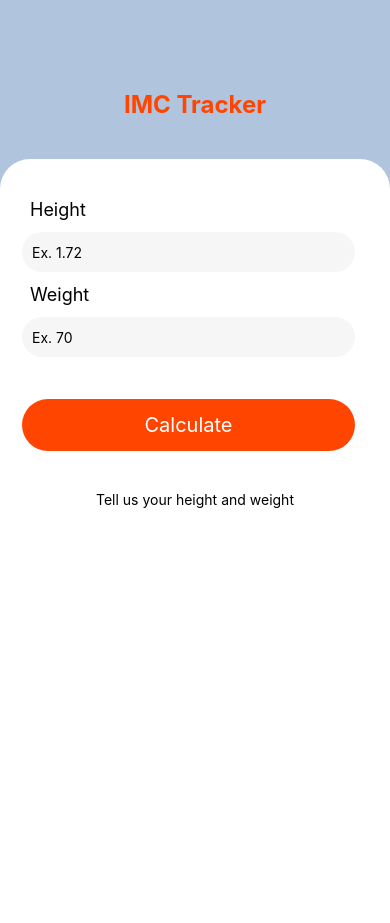
Repository: rubenmatias08/IMCTracker
Screen: /
The author's editor kept a copy of each file at every save. The screen is drawn from the files as they stood at one save, then again after the next save.
The app was drawn by React Native's web renderer in a window 390 px wide. The project was rebuilt for these pictures with package versions that can differ from the ones it lists, and the page was loaded fresh each time.

Above is the screen before, as saved 2024-03-11 00:21:47.

### App.js
import { StyleSheet, View } from 'react-native';
import Title from './src/components/Title';
import Form from './src/components/Form/index'

export default function App() {
  return (
    <View style={styles.container}>
      <Title/>
      <Form />
    </View>
  );
}

const styles = StyleSheet.create({
  container: {
    flex: 1,
    backgroundColor: '#B0C4DE',
    paddingTop: 80,

  },
});



/*
   alignItems: 'center',
    justifyContent: 'center',

*/

### src/components/Title/index.js
import React from "react";
import { View,Text } from "react-native"; //Componentes
import styles from "./style";

export default function Title(){
    return(
        <View style={styles.boxTitle}>
            <Text style={styles.textTitle}>IMC Tracker</Text>
        </View>
    )
}

//Para aplicar a estilização colocamos: style={nomedoficheiroimportado.propriedadeJSON}

### src/components/Form/index.js
import React , {useState} from "react";
import { TextInput, View, Text, TouchableOpacity} from "react-native";
import ResultIMC from "./ResultIMC";
import styles from "./style";


export default function Form(){

    const [height, setHeight] = useState(null); // Altura
    const [weight, setWeight] = useState(null); // Peso
    const [messageIMC, setmessageIMC] = useState("Tell us your height and weight"); // Mensagem que contem o resultado
    const [imc,setIMC] = useState(null); // valor do IMC
    const [textButton, setTextButton] = useState("Calculate"); //

    //Calcular o imc é altura x altura a dividir por peso
    //E vamos querer que nos retorne o resultado (toFixed) que é para vir com 2 casas decimais apenas.
    function CalculatorIMC(){
        return setIMC((weight / (height * height)).toFixed(2))
    }

    //Caso os valores tiverem sido preenchidos ele valida, caso contrário temos de avisar o usuário para preencher os dados de altura e peso.
    //Aqui com a condição é: Caso os valores de height e weight sejam diferentes de null, ou seja, estão preenchidos... Chama a função CalculatorIMC() que fará o calculo que depois nos dá o resultado.
    function ValidationIMC(){
        if(height != null && weight != null){
            CalculatorIMC() //Função do calculo
            setHeight(null) //Reset de height para que se faça depois um novo calculo
            setWeight(null) //Reset de weight para que se faça depois um novo calculo
            setmessageIMC("Your IMC is:") //Mensagem para apresentar o resultado
            setTextButton("Calculate again") //Botão com mensagem
            return //Depois de tudo isto... Retorna-nos.
        }
        setIMC(null) //caso o peso e altura sejam nulos, colocamos o imc como nulo também para que não haja resposta de possiveis calculos anteriores
        setTextButton("Calculate") //Para voltar a apresentar o texto original
        setmessageIMC("Tell us your height and weight") //Para voltar a apresentar o texto original

    }


    return(
        <View style={styles.formContent}>
            <View style={styles.form}>
                <Text style={styles.formLabel}>Height</Text>
                <TextInput style= {styles.input}
                onChangeText={setHeight}
                value={height}
                placeholder="Ex. 1.72"
                keyboardType="numeric"
                />

                <Text style={styles.formLabel}>Weight</Text>
                <TextInput style= {styles.input}
                onChangeText={setWeight}
                value={weight}
                placeholder="Ex. 70"
                keyboardType="numeric"
                />

               <TouchableOpacity style={styles.buttonCalculator} onPress={() => ValidationIMC()}>
               <Text style={styles.textButtonCalculator}>{textButton}</Text>
               </TouchableOpacity>

            </View>
            <ResultIMC messageResultImc={messageIMC} resultImc={imc}/>
        </View>
    )
}

//O keyboardType indica qual o tipo de teclado que ele vai abrir
//No <ResultIMC> leva duas props com propriedades dinamicas.


//Antes tinhamos um Button para clicar em vez de TouchOpacity, assim:
//  <Button onPress={() => ValidationIMC()} title={textButton}/>
//mas fizemos diferente e usamos o TouchOpacity porque é mais moderno e melhor. Há várias opções assim, basta ver na documentação do react native.

### src/components/Title/style.js
import { StyleSheet } from "react-native";

const styles = StyleSheet.create( {
    boxTitle: {
        alignItems: "center",
        justifyContent: "center",
        padding: 10,
    },
    textTitle: {
        color:"#FF4500",
        fontSize:24,
        fontWeight:"bold"
    }
});

export default styles;

### src/components/Form/ResultIMC/index.js
import React from "react";
import { View , Text } from "react-native";

export default function ResultIMC(props){
    return(
        <View>
            <Text>{props.messageResultImc}</Text>
            <Text>{props.resultImc}</Text>
        </View>
    )
}

//Neste componente vai ser mostrado o resultado do valor de IMC e uma mensagem com o valor desse IMC.

### src/components/Form/style.js
import { StyleSheet } from "react-native";

const styles = StyleSheet.create( {
    formContent: {
        width:"100%",
        height:"100%",
        bottom:0,
        backgroundColor:"#ffffff",
        alignItems:"center",
        borderTopLeftRadius:30,
        borderTopRightRadius:30,
        marginTop:30
    },
    form: {
        width:"100%",
        height:"auto", //Colocando auto, ao colocar novos items ao conteudo ele ajusta.
        marginTop:30,
        padding:10
    },
    formLabel:{
        color:"#000000",
        fontSize:18,
        paddingLeft:20,
    },
    input:{
        width:"90%",
        borderRadius:50,
        backgroundColor:"#f6f6f6",
        height:40,
        margin:12,
        paddingLeft:10,
    },
    buttonCalculator:{
        borderRadius:50,
        alignItems:"center",
        justifyContent:"center",
        width:"90%",
        backgroundColor:"#FF4500",
        paddingTop:14,
        paddingBottom:14,
        marginLeft:12,
        margin:30

    },
    textButtonCalculator:{
        fontSize:20,
        color: "#ffffff",
    }
});

export default styles;

### src/components/Form/ResultIMC/style.js
import { StyleSheet } from "react-native";

const styles = StyleSheet.create( {
    ResultIMC: {
        flex:1,
        marginTop:15,
        paddingTop:60,
        borderRadius:50,
        alignItems:"center",
        width:"100%",
        fontSize:48,
        color:"#FF4500",
        fontWeight:"bold"
    },
    information:{
        fontSize:18,
        color:"#FF4500",
        fontWeight:"bold"
    }
});

export default styles;

After the next save:
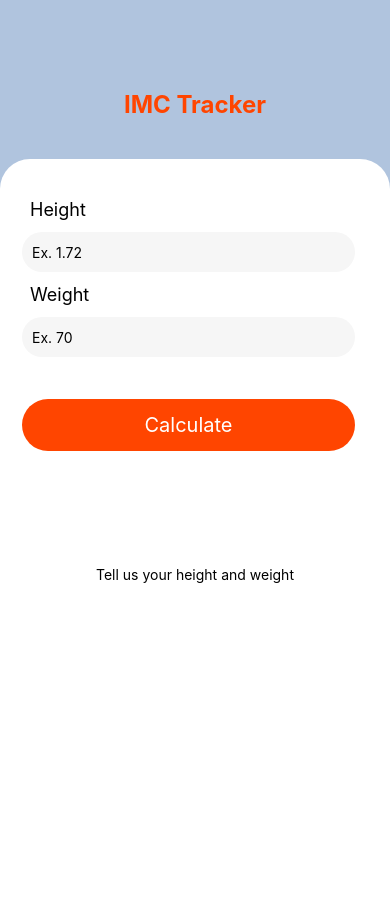
Saved 4 min 7 s later.
--- a/src/components/Form/ResultIMC/index.js
+++ b/src/components/Form/ResultIMC/index.js
@@ -1,9 +1,10 @@
 import React from "react";
 import { View , Text } from "react-native";
+import styles from "./style";
 
 export default function ResultIMC(props){
     return(
-        <View>
+        <View style={styles.ResultIMC}>
             <Text>{props.messageResultImc}</Text>
             <Text>{props.resultImc}</Text>
         </View>
